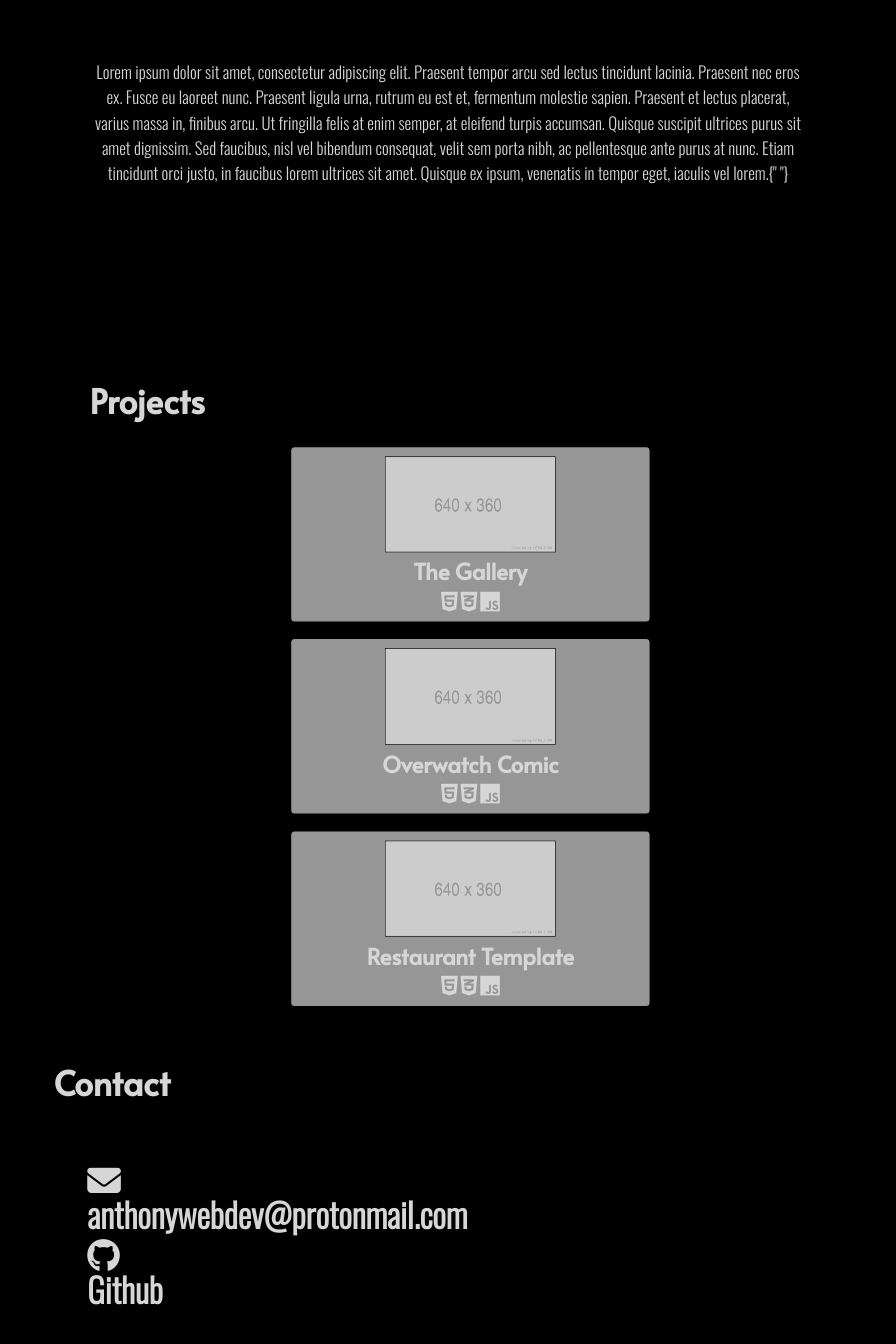
Repository: sloppytony/thenewport
Page: index.html
The author's editor kept a copy of each file at every save. The page is drawn from the files as they stood at one save, then again after the next save.
The browser window is 1280 px wide. The pictures show the part of the page from y = 960 to 2880 px (the page is 2880 px tall), at 70% of full size.
Some web libraries are served in a nearby version.

Above is the page before, as saved 2020-08-24 18:37:45.

After the next save:
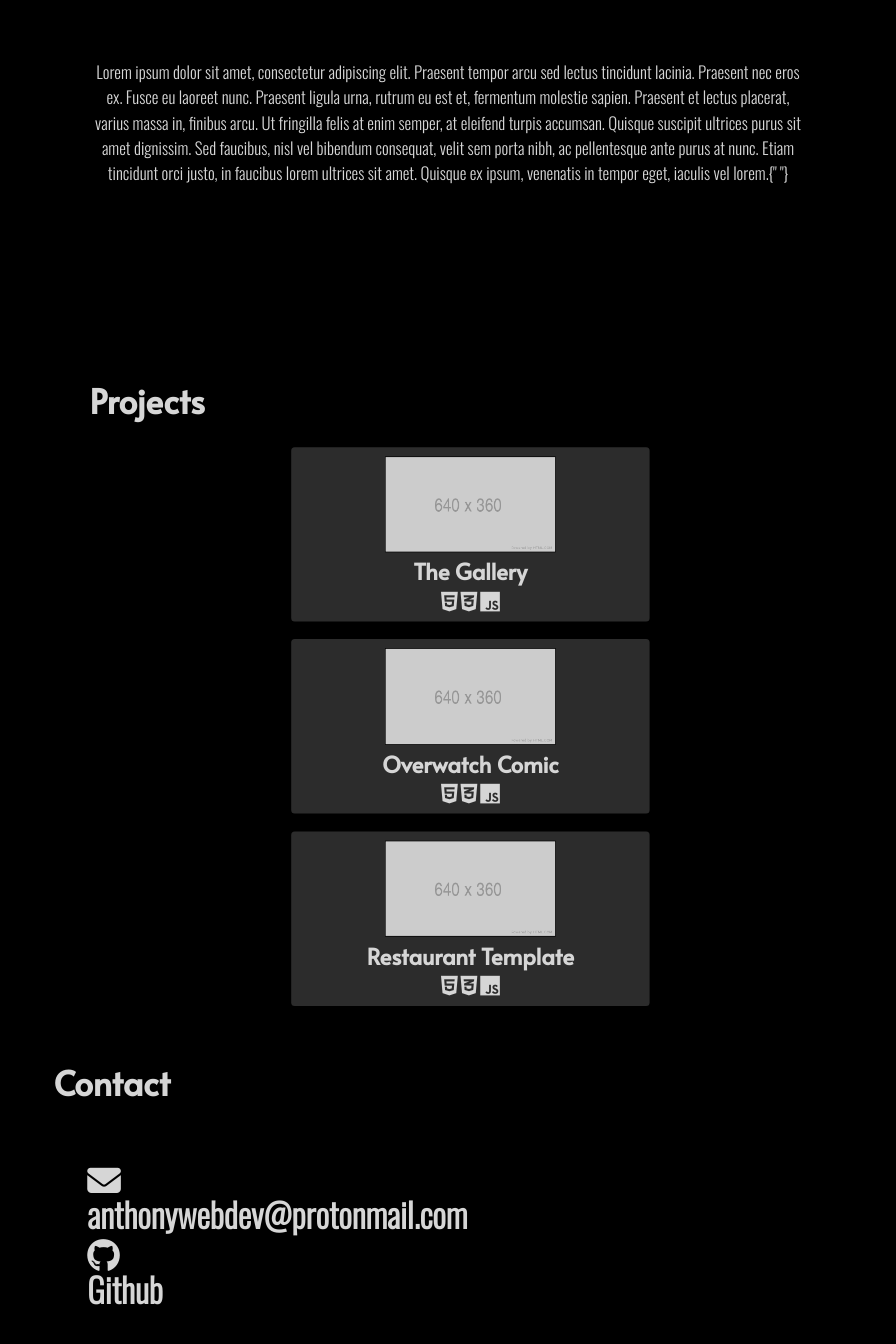
Saved 12 s later.
--- a/newport.css
+++ b/newport.css
@@ -158,7 +158,7 @@ div.card1 {
   justify-content: center;
   align-items: center;
   flex-direction: column;
-  background: rgb(214, 214, 214, 0.7);
+  background: rgba(63, 63, 63, 0.7);
   border-radius: 5px 5px 5px;
   margin-left: 5%;
   padding: 1%;
